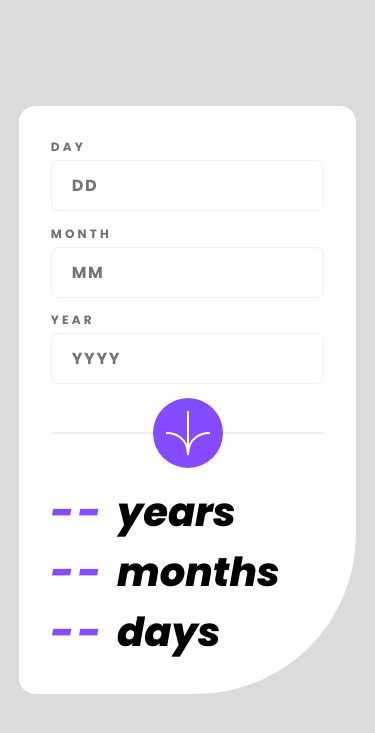
Repository: blordeus/age-calculator-app
Page: /
The author's editor kept a copy of each file at every save. The page is drawn from the files as they stood at one save, then again after the next save.
The browser window is 375 px wide. The pictures show the whole page.
The project was rebuilt for these pictures with package versions that can differ from the ones it lists, and the page was loaded fresh each time.

Above is the page before, as saved 2023-08-23 16:00:32.

### src/App.js
 import { useState } from "react";
 import "./style.css";

 import arrowIcon from './images/icon-arrow.svg'

const App = () => {
  const [formData, setFormData] = useState({
    day: "",
    month: "",
    year: "",
  });

  const [formErrors, setFormErrors] = useState({
    day: "",
    month: "",
    year: "",
    generic: "",
  });

  const [output, setOutput] = useState({
    days: "",
    months: "",
    years: "",
  });

  const hasErrors = formErrors.day || formErrors.month || formErrors.year || formErrors.generic;

  return (
    <div className="card-container">
      <div className="inputs-container">
      <div className="input-label-container">
        <label htmlFor="day" style={{
          color: hasErrors ? "hsl(0,100%,67%)" : "hsl(0,1%,44%)",
        }}>Day</label>
        <input
        type="number"
        id="day"
        placeholder="DD"
        min={1}
        value={formData.day}
        style={{
          border: hasErrors
          ? '1px solid hsl(0,100%,67%)'
          : '1px solid hsl(0,0%,94%)'
        }}
        onChange={(e) =>
        setFormData((prevState) =>
        ({...prevState,
          day:e.target.value}))}
        />
        {formErrors.day && <p className="error">{formErrors.day}</p>}
      </div>

      <div className="input-label-container">
        <label htmlFor="month" style={{
          color: hasErrors ? "hsl(0,100%,67%)" : "hsl(0,1%,44%)",
        }}>Month</label>
        <input
        type="number"
        id="day"
        placeholder="MM"
        min={1}
        value={formData.month}
        style={{
          border: hasErrors
          ? '1px solid hsl(0,100%,67%)'
          : '1px solid hsl(0,0%,94%)'
        }}
        onChange={(e) =>
        setFormData((prevState) =>
        ({...prevState,
          month:e.target.value}))}
        />
        {formErrors.month && <p className="error">{formErrors.month}</p>}
      </div>

      <div className="input-label-container">
        <label htmlFor="year" style={{
          color: hasErrors ? "hsl(0,100%,67%)" : "hsl(0,1%,44%)",
        }}>Year</label>
        <input
        type="number"
        id="year"
        placeholder="YYYY"
        min={1}
        value={formData.year}
        style={{
          border: hasErrors
          ? '1px solid hsl(0,100%,67%)'
          : '1px solid hsl(0,0%,94%)'
        }}
        onChange={(e) =>
        setFormData((prevState) =>
        ({...prevState,
          year:e.target.value}))}
        />
        {formErrors.year && <p className="error">{formErrors.year}</p>}
      </div>
    </div>

    {formErrors.generic && (
      <p className="error generic">{formErrors.generic}</p>
    )}

<div className="divider-container">
  <div className="divider"></div>

  <button className="btn" onClick={() => null}>
    <img src={arrowIcon} alt="arrowIcon" />
  </button>
</div>

<div className="output-container">
  <h1>
    <span className="highlighted">
    {output.years === "" ? '--' : output.years}{" "}
    </span>
    {output.years === 1 ? 'year' : "years"}
    </h1>

    <h1>
    <span className="highlighted">
    {output.months === "" ? '--' : output.months}{" "}
    </span>
    {output.months === 1 ? 'month' : "months"}
    </h1>

    <h1>
    <span className="highlighted">
    {output.days === "" ? '--' : output.days}{" "}
    </span>
    {output.days === 1 ? 'day' : "days"}
    </h1>
</div>
    </div>
  );
};

export default App;

### src/style.css
@import url("https://fonts.googleapis.com/css2?family=Poppins:ital,wght@0,700;1,400;1,800&display=swap");

* {
  box-sizing: border-box;
  margin: 0;
  padding: 0;
  font-family: "Poppins", sans-serif;
}

:root {
  --Purple: hsl(259, 100%, 65%);
  --Light-red: hsl(0, 100%, 67%);
  --White: hsl(0, 0%, 100%);
  --Off-white: hsl(0, 0%, 94%);
  --Light-grey: hsl(0, 0%, 86%);
  --Smokey-grey: hsl(0, 1%, 44%);
  --Off-black: hsl(0, 0%, 8%);
}

body {
  background-color: var(--Light-grey);
  min-height: 100vh;
  display: flex;
  align-items: center;
  justify-content: center;
}

.card-container {
  width: 600px;
  border-radius: 1rem 1rem 10rem 1rem;
  background-color: var(--White);
  padding: 2rem;
  max-width: 90vw;
  margin-top: 1rem;
  margin-bottom: 1rem;
}

.inputs-container {
  display: flex;
  gap: 0.25rem;
}

.input-label-container {
  display: flex;
  flex-direction: column;
  gap: 0.25rem;
  flex: 1;
}

.input-label-container label {
  text-transform: uppercase;
  font-size: 0.75rem;
  letter-spacing: 0.2rem;
}

.input-label-container input {
  width: 130opx;
  padding: 0.75rem 1rem 0.75rem 1.25rem;
  font-size: 1.5rem;
  color: var(--Off-black);
  border-radius: 0.5rem;
  outline: none;
  letter-spacing: 0.1rem;
}

.error {
  color: var(--Light-red);
  font-weight: 400;
  font-style: italic;
  margin-top: 0.25rem;
  letter-spacing: 0.1rem;
  font-size: 0.75rem;
}

.error.generic {
  margin-top: 0.5rem;
}

.divider-container {
  display: flex;
  align-items: center;
  margin-top: 0.75rem;
  margin-bottom: 0.75rem;
}

.divider {
  height: 2px;
  background-color: var(--Off-white);
  width: 86%;
}

.btn {
  width: 70px;
  height: 70px;
  border-radius: 50%;
  background-color: var(--Purple);
  border:none;
  cursor: pointer;
  display: flex;
  align-items: center;
  justify-content: center;
}

.btn:hover {
  background-color: var(--Off-Black);
}

.output-container h1 {
  font-size: 4rem;
  font-weight: 800;
  font-style: italic;
}

.output-container .highlighted {
  color: var(--Purple);
  letter-spacing: 0.25rem;
}

@media only screen and (max-width: 620px) {
  .divider-container {
    display: block;
    position: relative;
    margin-top: 3rem;
    margin-bottom: 3rem;
  }

  .divider {
  width: 100%;
}

.btn {
  position: absolute;
  left: 50%;
  top: 50%;
  transform: translate(-50%, -50%);
}

.inputs-container {
  gap: 0.85rem;
}

.input-label-container input {
  font-size: 1rem;
}

.output-container h1 {
  font-size: 2.5rem;
}
}

@media only screen and (max-width: 530px) {
.inputs-container {
  flex-direction: column;
}

.input-label-container {
  width: 100%;
}

.input-label-container input {
  font-size: 1rem;
}

.output-container h1 {
  font-size: 2.5rem;
}
}

Loaded but not shown: src/index.js (common file)

After the next save:
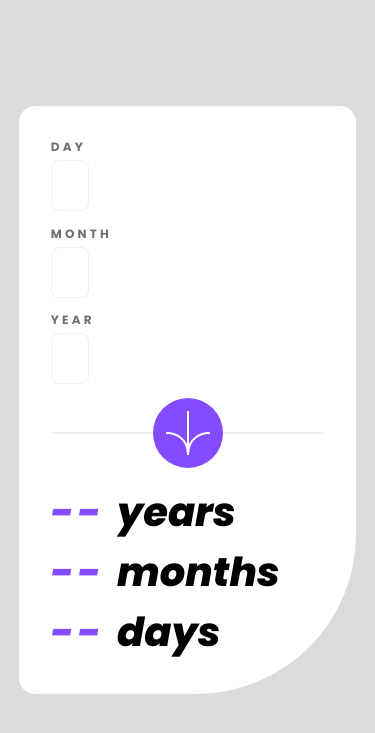
Saved 30 s later.
--- a/src/style.css
+++ b/src/style.css
@@ -158,7 +158,7 @@
 }
 
 .input-label-container input {
-  font-size: 1rem;
+  width: 1rem;
 }
 
 .output-container h1 {

After the 3 saves that followed:
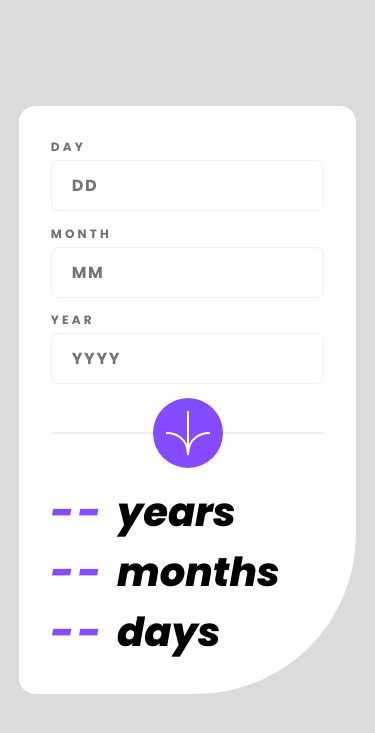
The 3 saves are shown as one change because they came seconds apart.
The last was saved 8 s later.
--- a/src/style.css
+++ b/src/style.css
@@ -158,7 +158,7 @@
 }
 
 .input-label-container input {
-  width: 1rem;
+  width: 100%;
 }
 
 .output-container h1 {
